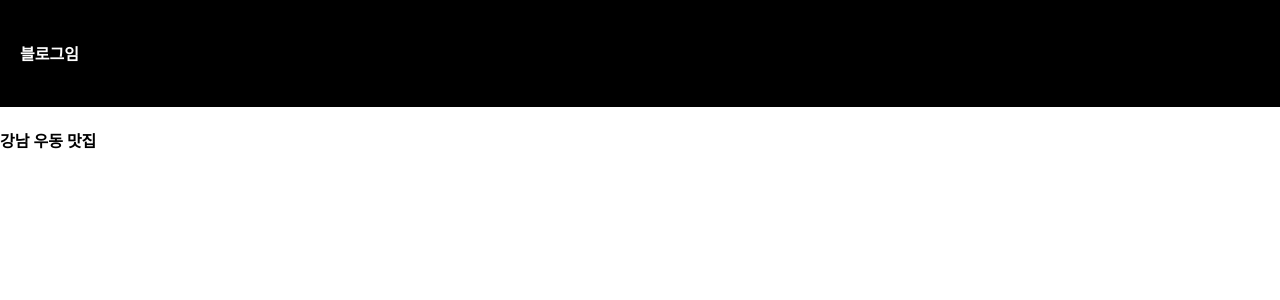
Repository: thinkseaweave/applecoding
Page: /
An editor plug-in stored every save of this project. The page is shown before and after the next save, followed by the edit.
The browser window is 1280 px wide. The pictures show the whole page.
The project was rebuilt for these pictures with package versions that can differ from the ones it lists, and the page was loaded fresh each time. Also part of the build but not shown: vite.config.js, src/index.css.

Above is the page before, as saved 2025-01-26 00:40:15.

### src/App.jsx
import "./App.css";

function App() {
  let post = "강남 우동 맛집";

  return (
    <div className="App">
      <div className="black-nav">
        <h4 id={post}>블로그임</h4>
      </div>
      <h4>{post}</h4>
    </div>
  );
}

export default App;

### src/App.css
body {
  margin: 0;
}
div {
  box-sizing: border-box;
}

.black-nav {
  background: black;
  width: 100%;
  display: flex;
  color: white;
  padding: 20px;
}

Loaded but not shown: index.html (common file); src/main.jsx (common file)

After the next save:
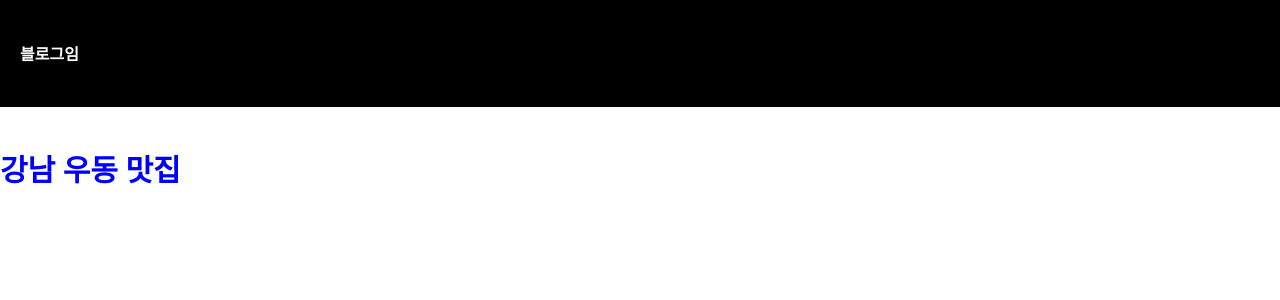
Saved 66 s later.
--- a/src/App.jsx
+++ b/src/App.jsx
@@ -8,7 +8,7 @@ function App() {
       <div className="black-nav">
         <h4 id={post}>블로그임</h4>
       </div>
-      <h4>{post}</h4>
+      <h4 style={{ color: "blue", fontSize: "30px" }}>{post}</h4>
     </div>
   );
 }
